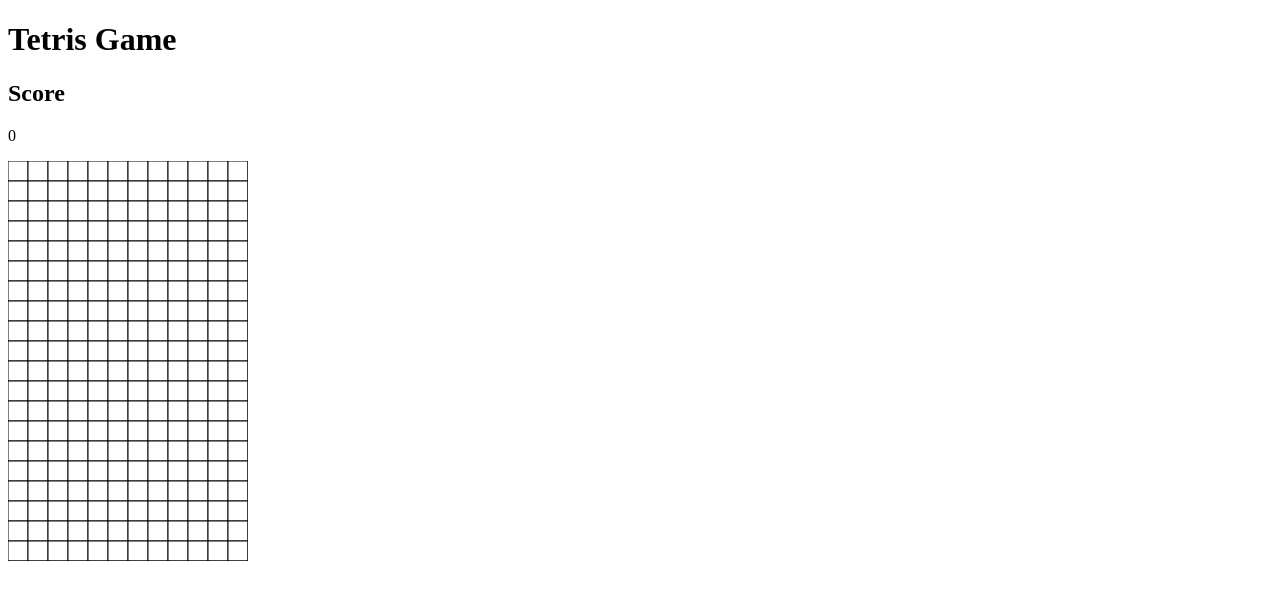
Repository: nlbien22/games
Page: Tetris/index.html
The author's editor kept a copy of each file at every save. The page is drawn from the files as they stood at one save, then again after the next save.
The browser window is 1280 px wide. The pictures show the whole page.

Above is the page before, as saved 2024-11-14 21:48:51.

### Tetris/index.html
<!DOCTYPE html>
<html lang="en">
<head>
    <meta charset="UTF-8">
    <meta name="viewport" content="width=device-width, initial-scale=1.0">
    <title>Tetris</title>
</head>
<body>
    <h1>Tetris Game</h1>
    <div class="score-box">
        <h2>Score</h2>
        <p id="score">0</p>
    </div>
    <div class="game">
        <canvas id="tetris" width="240" height="400">
        </canvas>
    </div>
    <script src="script.js"></script>
</body>
</html>

### Tetris/script.js
const canvas = document.getElementById('tetris');
const context = canvas.getContext('2d');

const ROW = 80;
const COL = 60;
const SQ = 20;
const COLOR = 'WHITE';

function drawSquare(x, y, color) {
    context.fillStyle = color;
    context.fillRect(x * SQ, y * SQ, SQ, SQ);
    context.strokeStyle = 'BLACK';
    context.strokeRect(x * SQ, y * SQ, SQ, SQ);
}

let board = [];
for (let r = 0; r < ROW; r++) {
    board[r] = [];
    for (let c = 0; c < COL; c++) {
        board[r][c] = COLOR;
    }
}

function drawBoard() {
    for (let r = 0; r < ROW; r++) {
        for (let c = 0; c < COL; c++) {
            drawSquare(c, r, board[r][c]);
        }
    }
}

drawBoard();

After the next save:
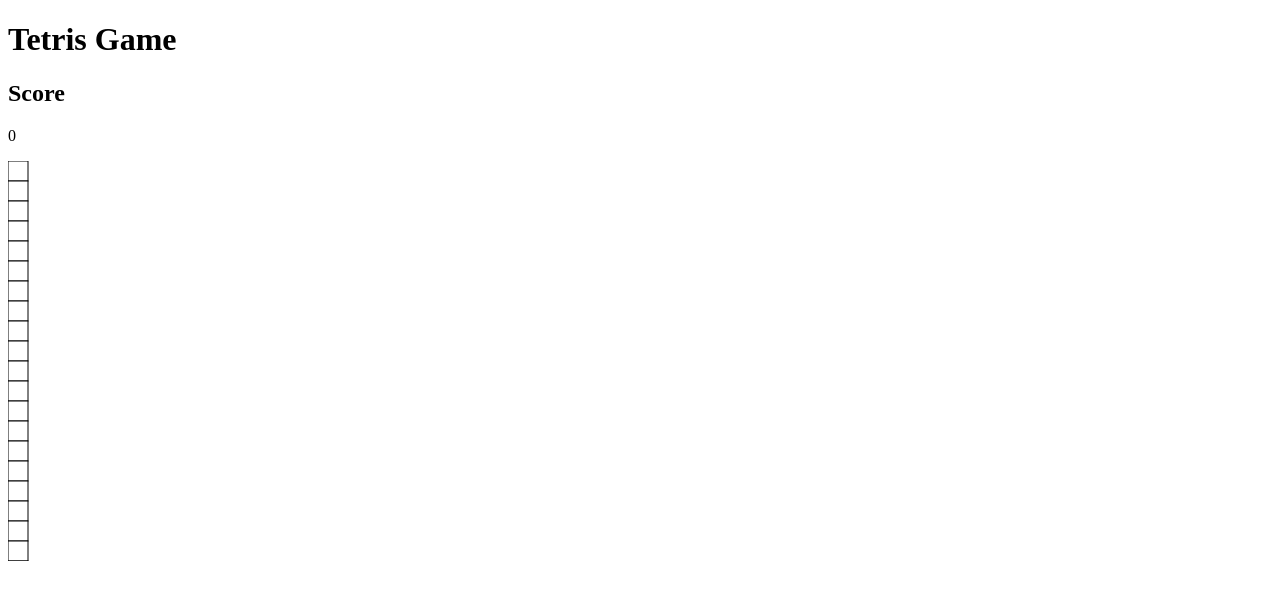
Saved 30 s later.
--- a/Tetris/script.js
+++ b/Tetris/script.js
@@ -25,6 +25,7 @@
     for (let r = 0; r < ROW; r++) {
         for (let c = 0; c < COL; c++) {
             drawSquare(c, r, board[r][c]);
+            break;
         }
     }
 }
